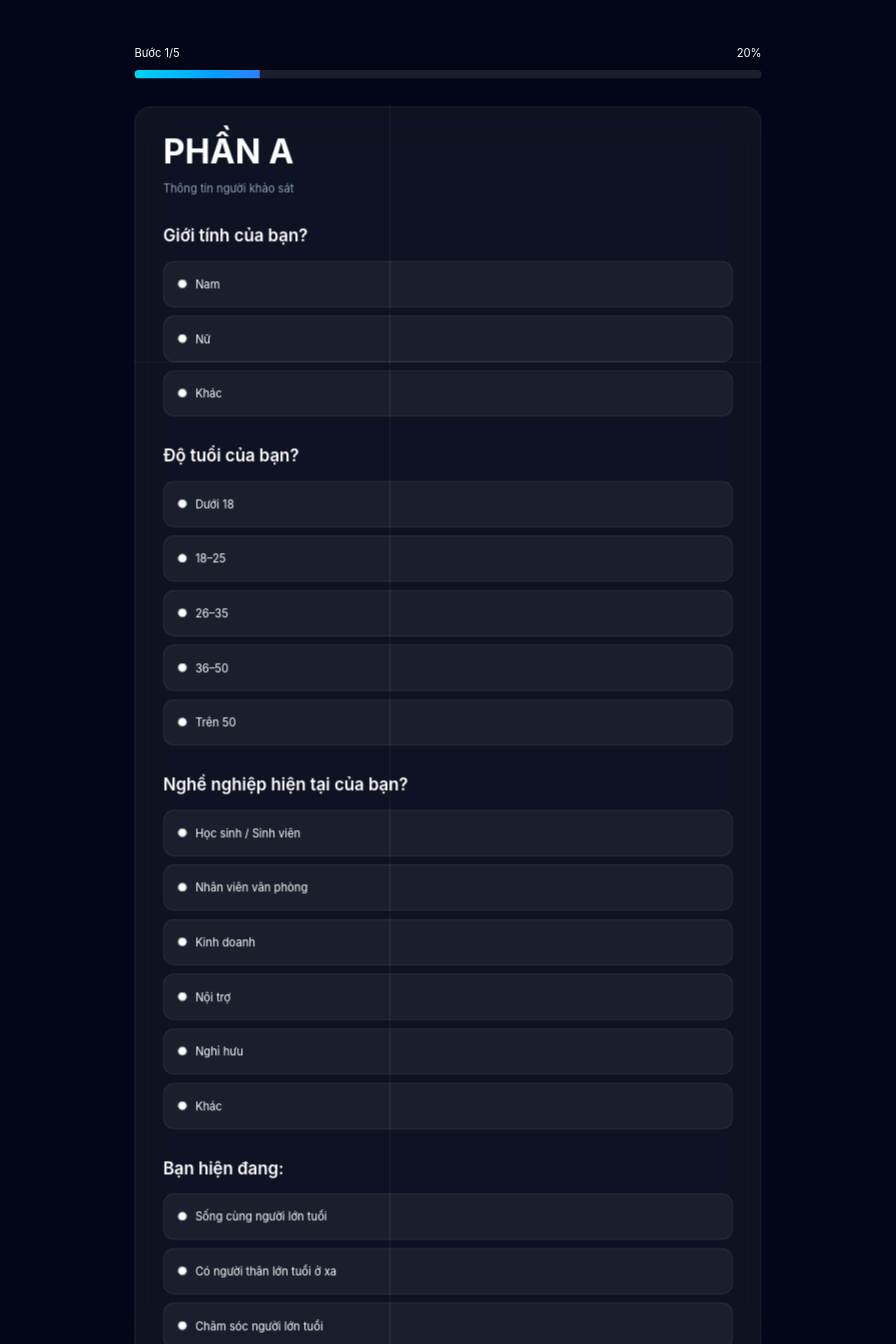
Repository: LuongPTCE181311/smart-pillow-survey
Page: /survey (app in frontend/)
An editor plug-in stored every save of this project. The page is shown before and after a run of saves, followed by the edit.
The browser window is 1280 px wide. The pictures show the part of the page from y = 0 to 1920 px (the page is 2474 px tall before and 2774 px after), at 70% of full size.
The project was rebuilt for these pictures with package versions that can differ from the ones it lists, and the page was loaded fresh each time. Also part of the build but not shown: frontend/vite.config.js, frontend/src/components/Navbar.jsx, frontend/src/components/AnimatedBackground.jsx, frontend/src/components/ProductShowcase.jsx, frontend/src/components/HeroSection.jsx, frontend/src/components/VideoSection.jsx, frontend/src/components/ProblemSection.jsx, frontend/src/components/SolutionSection.jsx and 2 more. Imported but missing from the stored project, and not drawn on this page: frontend/src/assets/video.mp4.

Above is the page before, as saved 2026-06-03 19:08:52.

After the next 2 saves:
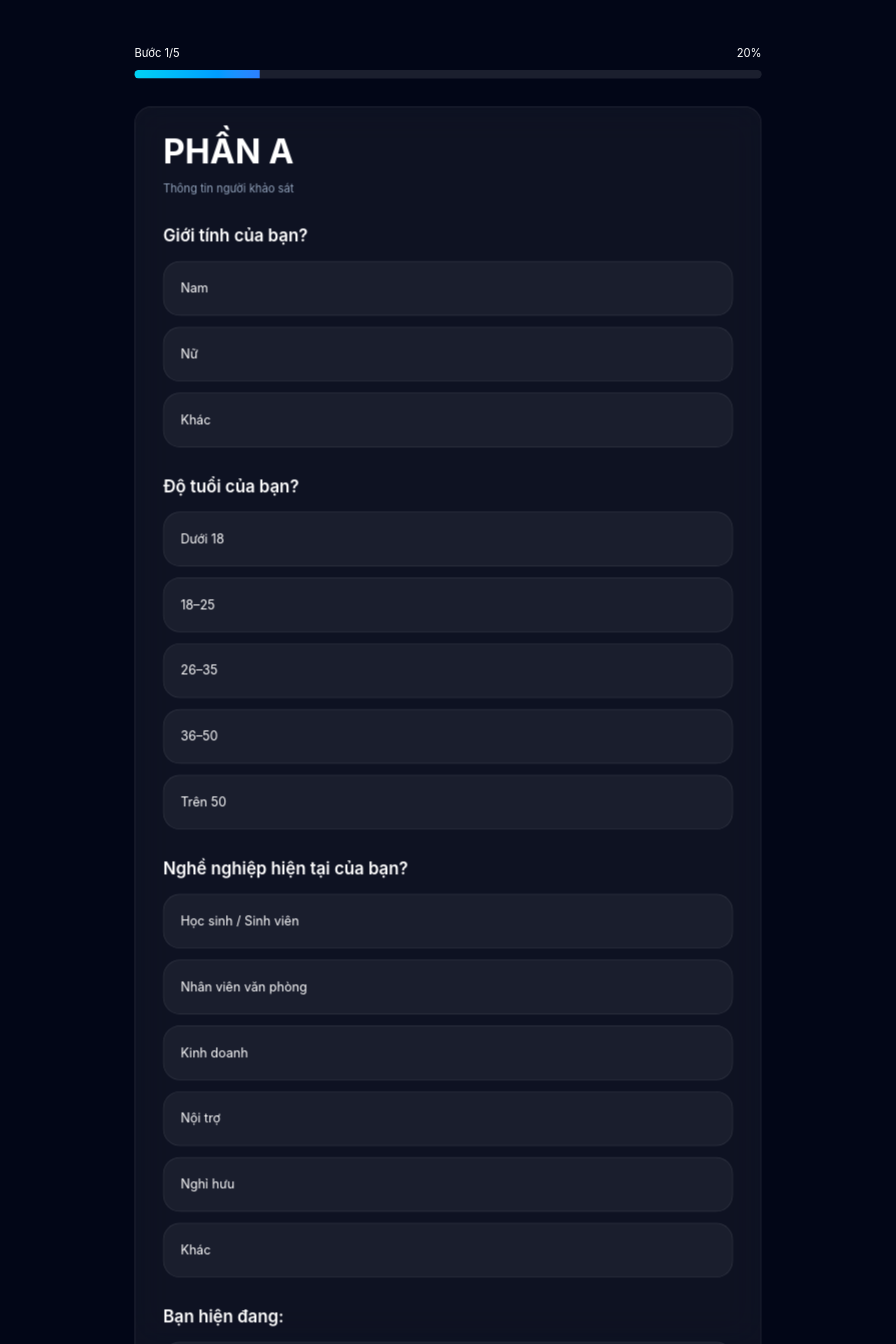
The 2 saves are shown as one change because they came seconds apart.
The last was saved 13 min 21 s later.
--- a/frontend/src/components/QuestionCard.jsx
+++ b/frontend/src/components/QuestionCard.jsx
@@ -11,77 +11,44 @@ export default function QuestionCard({ question, value, onChange }) {
         {question.question}
       </h2>
       {question.type === "radio" &&
-        question.options.map((option) => (
-          <label
-            key={option}
-            className="
-            block
+        question.options.map((option) => {
+          const selected = value === option;
 
-            p-5
+          return (
+            <div
+              key={option}
+              onClick={() => onChange(question.id, option)}
+              className={`
+          p-6
+          rounded-3xl
+          mb-4
+          cursor-pointer
 
-            rounded-2xl
+          transition-all
+          duration-300
 
-            bg-white/5
+          border
 
-            border
-
-            border-white/10
-
-            mb-3
-
-            cursor-pointer
-
-            hover:border-cyan-400
-            "
-          >
-            <input
-              type="radio"
-              name={question.id}
-              value={option}
-              checked={value === option}
-              onChange={(e) => onChange(question.id, e.target.value)}
-              className="mr-3"
-            />
-
-            {option}
-          </label>
-        ))}
-      {question.type === "checkbox" &&
-        question.options.map((option) => (
-          <label
-            key={option}
-            className="
-        block
-        p-5
-        rounded-2xl
-        bg-white/5
-        border
-        border-white/10
-        mb-3
-        cursor-pointer
-        hover:border-cyan-400
-        "
-          >
-            <input
-              type="checkbox"
-              checked={value?.includes(option) || false}
-              onChange={(e) => {
-                let updated = value || [];
-
-                if (e.target.checked) {
-                  updated = [...updated, option];
-                } else {
-                  updated = updated.filter((item) => item !== option);
-                }
-
-                onChange(question.id, updated);
-              }}
-              className="mr-3"
-            />
-
-            {option}
-          </label>
-        ))}
+          ${
+            selected
+              ? `
+                border-cyan-400
+                bg-cyan-500/10
+                scale-[1.02]
+                shadow-[0_0_40px_rgba(6,182,212,0.3)]
+              `
+              : `
+                border-white/10
+                bg-white/5
+                hover:border-cyan-400/50
+              `
+          }
+        `}
+            >
+              <span className="text-lg">{option}</span>
+            </div>
+          );
+        })}
       {question.type === "textarea" && (
         <textarea
           value={value || ""}
